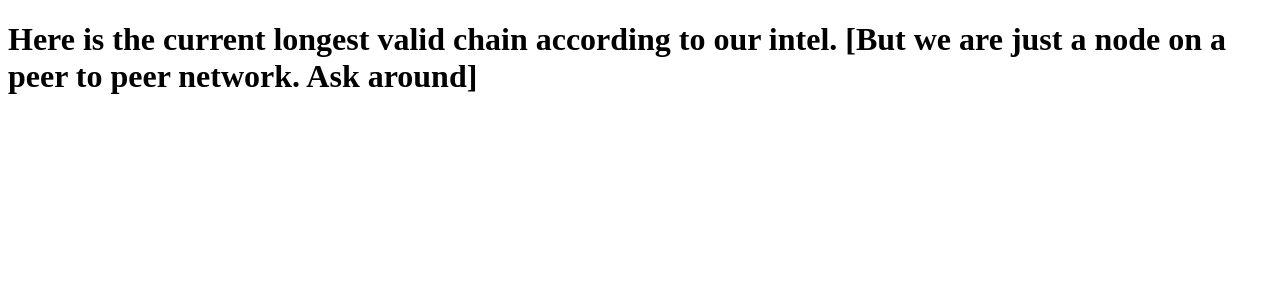
Repository: GeraldRyan/BlockchainCSPeerInstance
Page: http://localhost/Case_Study/WEB-INF/views/blockchaindesc.jsp
The author's editor kept a copy of each file at every save. The page is drawn from the files as they stood at one save, then again after the next save.
The browser window is 1280 px wide. The pictures show the whole page.
The page is served by Tomcat 9. Nobody is signed in. Other server files are loaded and not shown. The template is opened directly, without the code that normally fills it, so the values that code supplies are empty.

Above is the page before, as saved 2021-03-26 02:08:40.

### Java BE/Case Study/WebContent/WEB-INF/views/blockchaindesc.jsp
<%@ page language="java" contentType="text/html; charset=ISO-8859-1"
    pageEncoding="ISO-8859-1"%>
<!DOCTYPE html>
<html>
<head>
<meta charset="ISO-8859-1">
<title>Index Page</title>
</head>
<body>
	<h1>Here is the current longest valid chain according to our intel. [But we are just a node on a peer to peer network. Ask around]</h1>
</body>
</html>

After the next save:
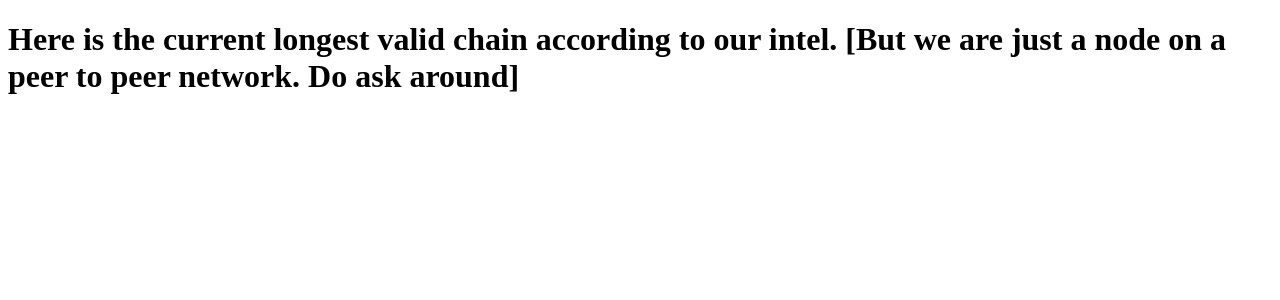
Saved 4 s later.
--- a/Java BE/Case Study/WebContent/WEB-INF/views/blockchaindesc.jsp
+++ b/Java BE/Case Study/WebContent/WEB-INF/views/blockchaindesc.jsp
@@ -1,5 +1,5 @@
 <%@ page language="java" contentType="text/html; charset=ISO-8859-1"
-    pageEncoding="ISO-8859-1"%>
+	pageEncoding="ISO-8859-1"%>
 <!DOCTYPE html>
 <html>
 <head>
@@ -7,6 +7,7 @@
 <title>Index Page</title>
 </head>
 <body>
-	<h1>Here is the current longest valid chain according to our intel. [But we are just a node on a peer to peer network. Ask around]</h1>
+	<h1>Here is the current longest valid chain according to our
+		intel. [But we are just a node on a peer to peer network. Do ask around]</h1>
 </body>
 </html>
